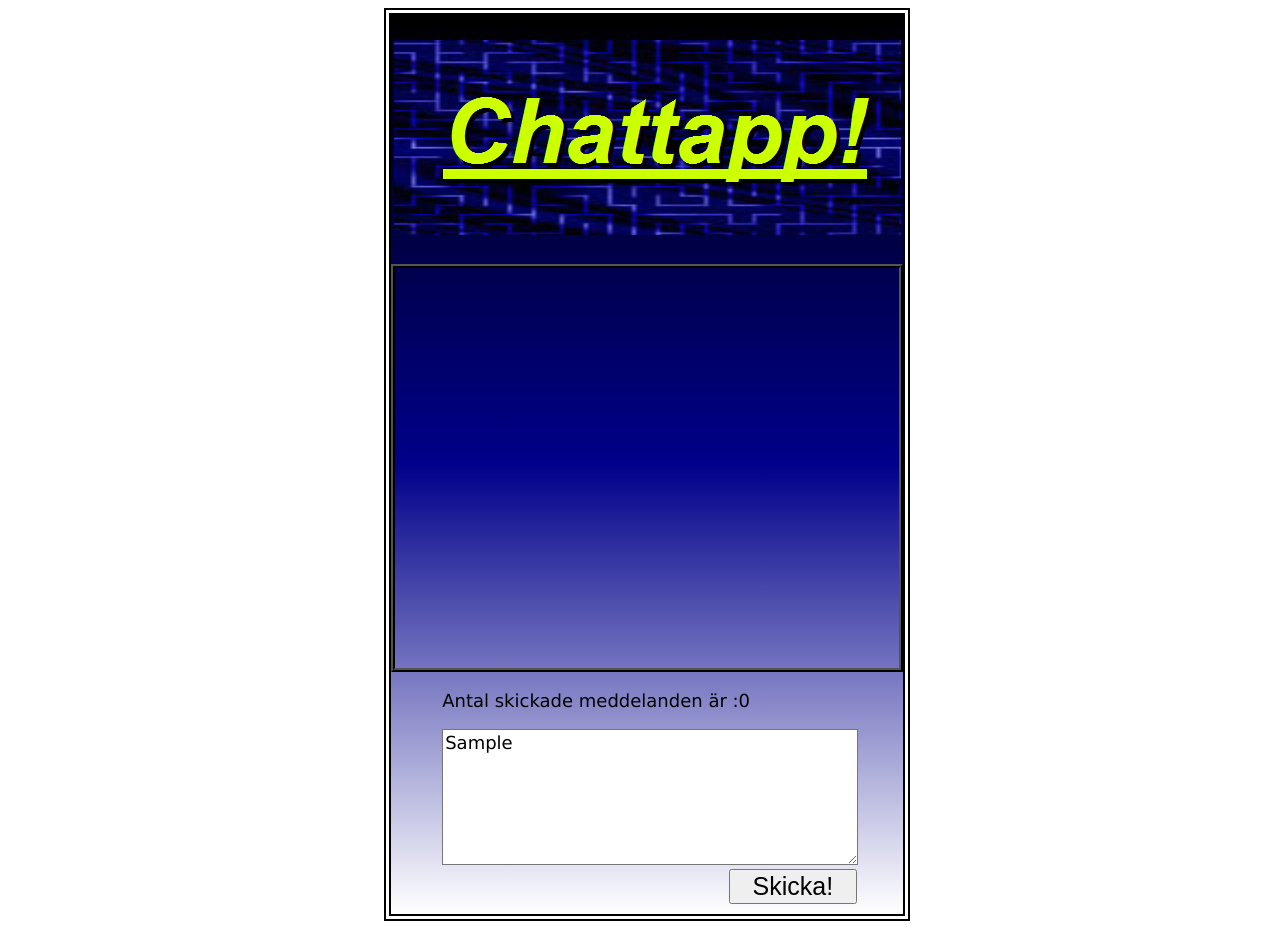
Repository: MartinArvidsson/1dv403-laborationer-Martin-Arvidsson
Page: 2-labbymezzage/index.html
The author's editor kept a record of every edit. The page is drawn from the files as they stood at one moment, then again after the next edit.
The browser window is 1280 px wide. The pictures show the whole page.
Empty fields were first filled with sample values (such as "Sample", 5 or name@example.com).
After loading, the first visible `#sendmessage` was clicked once.

Above is the page before.
Console error: ReferenceError: input is not defined

### 2-labbymezzage/index.html
<!DOCTYPE Html>
<html>
    <Head>
        <meta charset="UTF-8">
        <Title>Laboration 2 - Labby message</Title>
        <link rel="stylesheet" type="text/css" href="style.css">
    </Head>
    <body>
            <main>
                <div id="logotype">
                    <img src="logotypelabby.PNG" alt="logotype för chattappen">
                </div>
                <div id="messagesarea"></div>
                <p id="messagesSent">Antal skickade meddelanden är :0</p>
                <textarea id="textarea" rows="8" cols="60" placeholder="Var vänlig och skriv ditt meddelande."></textarea>
                <input id ="sendmessage" type="submit" value="Skicka!"/>
            </main>
        <script type="text/javascript" src="message.js"></script>
        <script type="text/javascript" src="messageApp.js"></script>
    </body>
</html>

### 2-labbymezzage/style.css
#logotype
{
    text-align:center;
    padding-top:25px;
    padding-bottom:25px;
}
body
{
   width:40%;
   margin-left:30%;
   border:double 7px black;
}
main
{
    background: linear-gradient(black,darkblue,white);
    border:7px black;
}
#messagesarea
{
    overflow-y:scroll;
    max-height:400px;
    height:400px;
    border:ridge 4px black;
}
textarea
{
   font-family:Verdana;
    max-width:80%;
    width:80%;
    height:130px;
    font-size:18px;
    margin-bottom:1%;

}
textarea
{
    background-color:White;
    margin-right:5%;
    margin-left:10%;
}
#messagesSent
{
   font-family:Verdana;
   font-size:18px;
   margin-left:10%;
}
#sendmessage
{
    width:25%;
    font-size:25px;
    margin-right:15%;
    margin-top:-1%;
    margin-left:66%;
    margin-bottom:2%;
}

### 2-labbymezzage/message.js
"use strict";

function Message (message, date){

    this.getText = function(){
        return message;
        };

    this.setText = function(_text){
        message = _text;
        };

    this.getDate =function(){
        return date;
    };

    this.setDate =function(_date){
        date = _date;
    };
        Message.prototype.toString = function(){
            return this.getText()+" ("+this.getDate()+")";
        };
        Message.prototype.getHTMLText = function(){
            return this.getText().replace(/[\n\r]/g, "<br/>");
        };
        Message.prototype.getDateText = function (){
        var Hours = this.getDate().getHours();
        var Minutes = this.getDate().getMinutes();
        var Seconds = this.getDate().getSeconds();
        if (Minutes < 10)
        {
            Minutes = "0"+Minutes;
        }
        if (Seconds < 10)
        {
            Seconds = "0"+Seconds;
        }
        return +Hours+":"+Minutes+":"+Seconds;
    };
}

### 2-labbymezzage/messageApp.js
"use strict";
var messageApp = {
    messages:[],
    messagesSent: 0,
    init:function()
    {
        var sendamessage = document.getElementById("sendmessage");
        sendamessage.onclick = function(e){
            if (document.getElementById("textarea").value !== "")
            {
                messageApp.sendmessage();
            }
            else
            {
                e.preventDefault();
            }
        };
        var sendbyEnter = document.getElementById("textarea");
        sendbyEnter.onkeypress=function(e)
        {
            if (e.keyCode ==13 && !e.shiftKey && document.getElementById("textarea").value !== "")
            {
                e.preventDefault();
                messageApp.sendmessage();
            }
            if (e.keyCode == 13 && document.getElementById("textarea").value ==="")
            {
                e.preventDefault();
            }
            };
        },

    sendmessage: function(){
        var userInput = document.getElementById("textarea").value;
        messageApp.messages.push(new Message(input, new Date()));
        messageApp.messagesSent++;
        document.getElementById("messagesSent").innerHTML = "Antal skickade meddelanden är : " + messageApp.messagesSent;
        document.getElementById('textarea').value ="";
        var arraylength = messageApp.messages.length-1;
        messageApp.RenderMessage(arraylength);
    },
    RenderMessage: function(input){
        var image = document.createElement("img");
        var timeimage = document.createElement("img");
        var timestamp = document.createElement("div");
        timestamp.id = "Timestamp"
        var entry = document.createElement("section");
        entry.id = "Timeandbutton"

        timestamp.innerHTML = messageApp.messages[input].getDateText();
        img.classname="Deletesprite";
        img.src = "DeleteSprite.png";
        img.classname ="Timesprite";
        img.src ="Clocksprite.png";

        var Textmessage = document.createElement("p");
        Textmessage.id ="Textmeddelande"
        Textmessage.innerHTML = messageApp.messages[input].getHTMLText();

        Textmessage.appendChild(entry);
        entry.appendChild(img);
        entry.appendChild(Timesprite);
        entry.appendChild(Timestamp);
        messagesarea.appendChild(text);

        var element = document.getElementById("messagesarea");
        element.scrollTop = element.scrollHeight;

        img.onclick = function(e)
        {
            if(confirm("Vill du radera detta?"))
            {
                messageApp.messagesSent = messageApp.messagesSent -1;
                messageApp.messages.splice(input, 1);
                text.parentNode.removeChild(text);
                document.getElementById("messagesSent").innerHTML = "Antal skickade meddelanden är : "+messageApp.messagesSent;
            }
        };
        Timesprite.Onclick = functio(e)
        {
            alert(messageApp.messages[input].getDate());
        };
    }
};
window.onload = messageApp.init;

After the next edit:
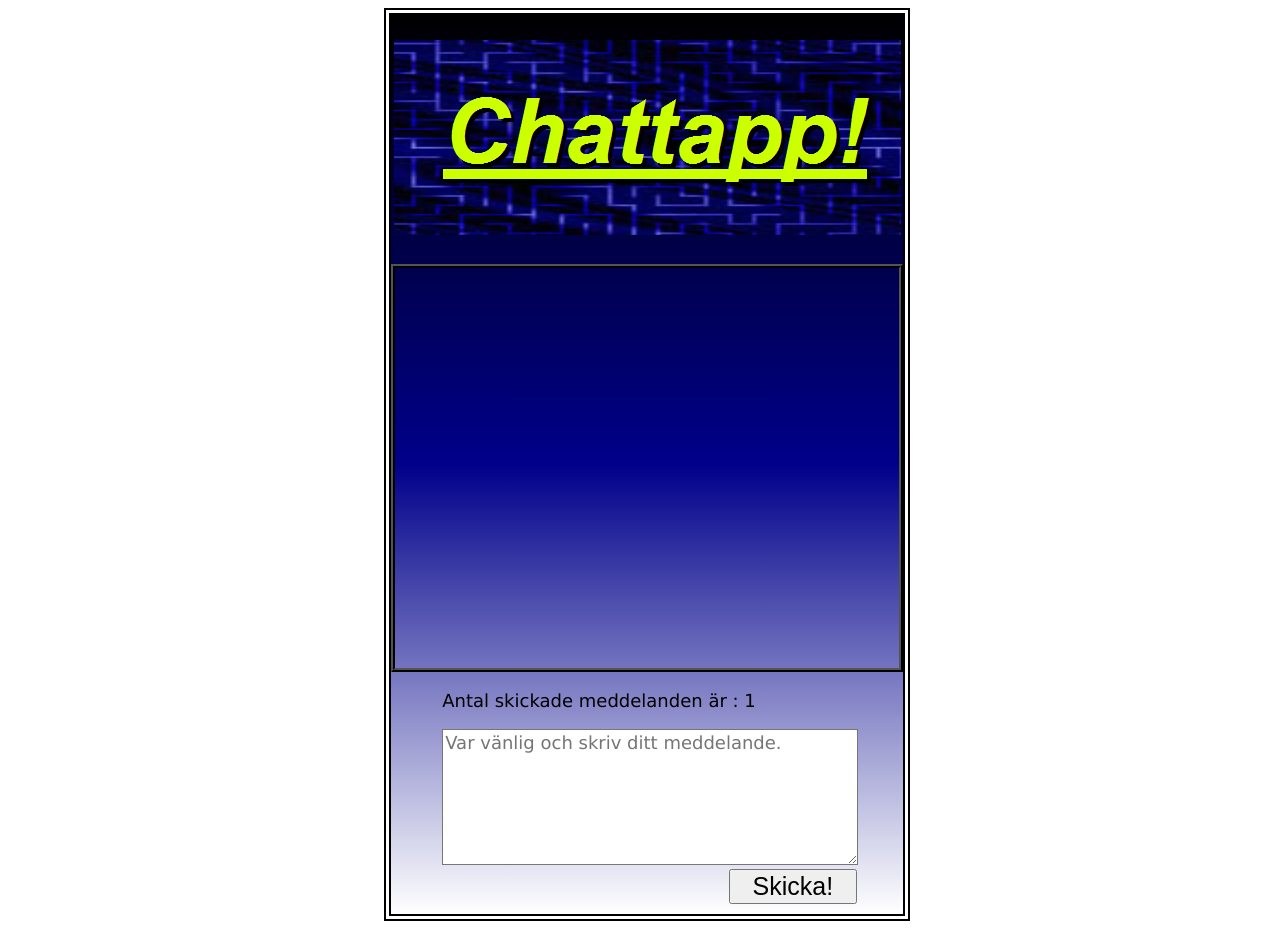
Console error: ReferenceError: img is not defined
The edit:
--- a/2-labbymezzage/messageApp.js
+++ b/2-labbymezzage/messageApp.js
@@ -32,7 +32,7 @@
 
     sendmessage: function(){
         var userInput = document.getElementById("textarea").value;
-        messageApp.messages.push(new Message(input, new Date()));
+        messageApp.messages.push(new Message(userInput, new Date()));
         messageApp.messagesSent++;
         document.getElementById("messagesSent").innerHTML = "Antal skickade meddelanden är : " + messageApp.messagesSent;
         document.getElementById('textarea').value ="";
